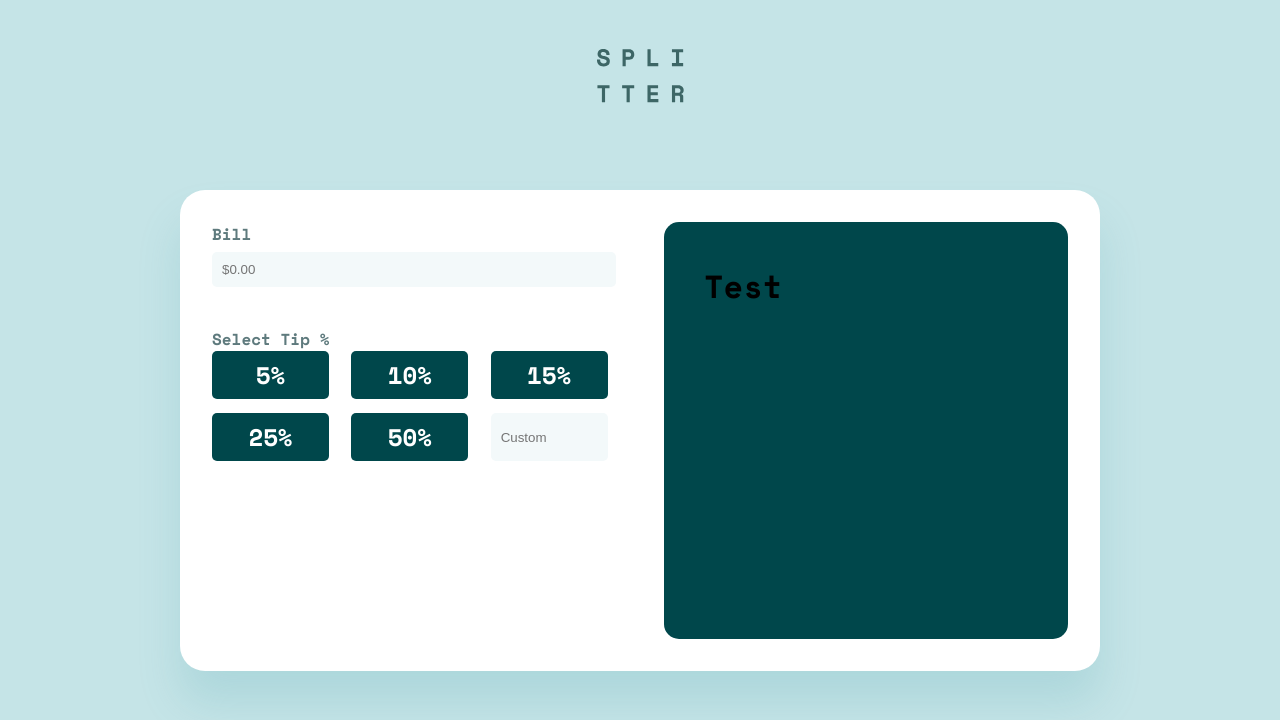
Repository: brandontaylor1/splitter
Page: index.html
These files come from the project's save history. The page is drawn as it stood at one moment and after a run of saves; the edit follows.
The browser window is 1280 px wide. The pictures show the whole page.
The pointer rests on the first visible `.tip-button`.

Above is the page before, as saved 2025-02-06 16:49:18.

### index.html
<!DOCTYPE html>
<html lang="en">
<head>
    <meta charset="UTF-8">
    <meta name="viewport" content="width=device-width, initial-scale=1.0">
    <link rel="preconnect" href="https://fonts.googleapis.com">
    <link rel="preconnect" href="https://fonts.gstatic.com" crossorigin>
    <link href="https://fonts.googleapis.com/css2?family=Space+Mono:ital,wght@0,400;0,700;1,400;1,700&display=swap" rel="stylesheet">
    <link rel="stylesheet" href="styles.css">
    <title>Splitter | Tip Calculator</title>
</head>
<body>
    <img src="./assets/images/logo.svg" id="logo-image" alt="logo image">
    <main class="container">
        <div class="left-column">
            <div class="bill-input">
                <h2>Bill</h2>
                <input type="text" id="bill-input" placeholder="$0.00">
            </div>
            <div class="tip-input">
                <h2 id="select-tip-title">Select Tip %</h2>
                    <div class="tip-buttons">
                        <button class="tip-button">5%</button>
                        <button class="tip-button">10%</button>
                        <button class="tip-button">15%</button>
                        <button class="tip-button">25%</button>
                        <button class="tip-button">50%</button>
                        <input type="text" id="custom-tip" placeholder="Custom">
                    </div>
                </div>
            </div>
        <div class="right-column">
            <h1>Test</h1>
        </div>
    </main>
</body>
</html>

### styles.css
* {
    box-sizing: border-box;
    margin: 0;
    padding: 0;
}

:root {
    --background-color: #C5E4E7;
    --input-button-color: #00474B;
    --primary-white: #fff;
    --calculated-numbers-color: #26C2AE;
    --input-title-color: #5E7A7D;
    --input-background-color: #F3F9FA;
    --input-icon-color: #9EBBBD;
    --title-text-color: #3D6666;
    --custom-input-color: #547878;
}

/* UTILITY CLASSES */
.space-mono-regular {
    font-family: "Space Mono", serif;
    font-weight: 400;
    font-style: normal;
  }

  .space-mono-bold {
    font-family: "Space Mono", serif;
    font-weight: 700;
    font-style: normal;
  }

  .space-mono-regular-italic {
    font-family: "Space Mono", serif;
    font-weight: 400;
    font-style: italic;
  }

  .space-mono-bold-italic {
    font-family: "Space Mono", serif;
    font-weight: 700;
    font-style: italic;
  }


body {
    background-color: #C5E4E7;
    height: 100vh;
    width: 100%;
    display: flex;
    flex-direction: column;
    justify-content: center;
    align-items: center;
    font-family: "Space Mono", monospace;
}

#logo-image {
    margin-bottom: 87px;
}

.container {
    background-color: var(--primary-white);
    width: 920px;
    height: 481px;
    border-radius: 25px;
    box-shadow: 0px 32px 43px 0px rgba(79, 166, 175, 0.20);
    display: grid;
    gap: 48px;
    grid-template-columns: 1fr 1fr;
    padding: 32px;
}

.left-column {
    grid-column: 1 / 2;
    width: 100%;
    height: 100%;
}

.right-column {
    grid-column: 2 / 3;
    width: 100%;
    height: 100%;
    border-radius: 15px;
    background-color: var(--input-text-color);
}

input {
    width: 100%;
    padding: 10px;
    display: flex;
    flex-direction: row;
    justify-content: space-between;
    background-color: var(--input-background-color);
    border: none;
    border-radius: 5px;
    margin-bottom: 20px;
}


.bill-input h2 {
    font-size: 16px;
    color: var(--input-title-color);
    margin-bottom: 6px;
}

.tip-buttons {
    display: grid;
    grid-template-columns: repeat(3, 1fr);
    gap: 14px;
}

#select-tip-title {
    color: #5E7A7D;
    font-size: 16px;
    margin-top: 40px;
}

.tip-button {
    width: 117px;
    height: 48px;
    flex-shrink: 0;
    border: none;
    border-radius: 5px;
    background-color: #00474B;
    color: var(--primary-white);
    font-family: "Space Mono", monospace;
    font-size: 24px;
    font-weight: 600;
}

.tip-button:hover {
    background-color: ;
}

#custom-tip {
    width: 117px;
    height: 48px;
}


.right-column {
    background-color: #00474B;
    padding: 40px;
}

After the next 4 saves:
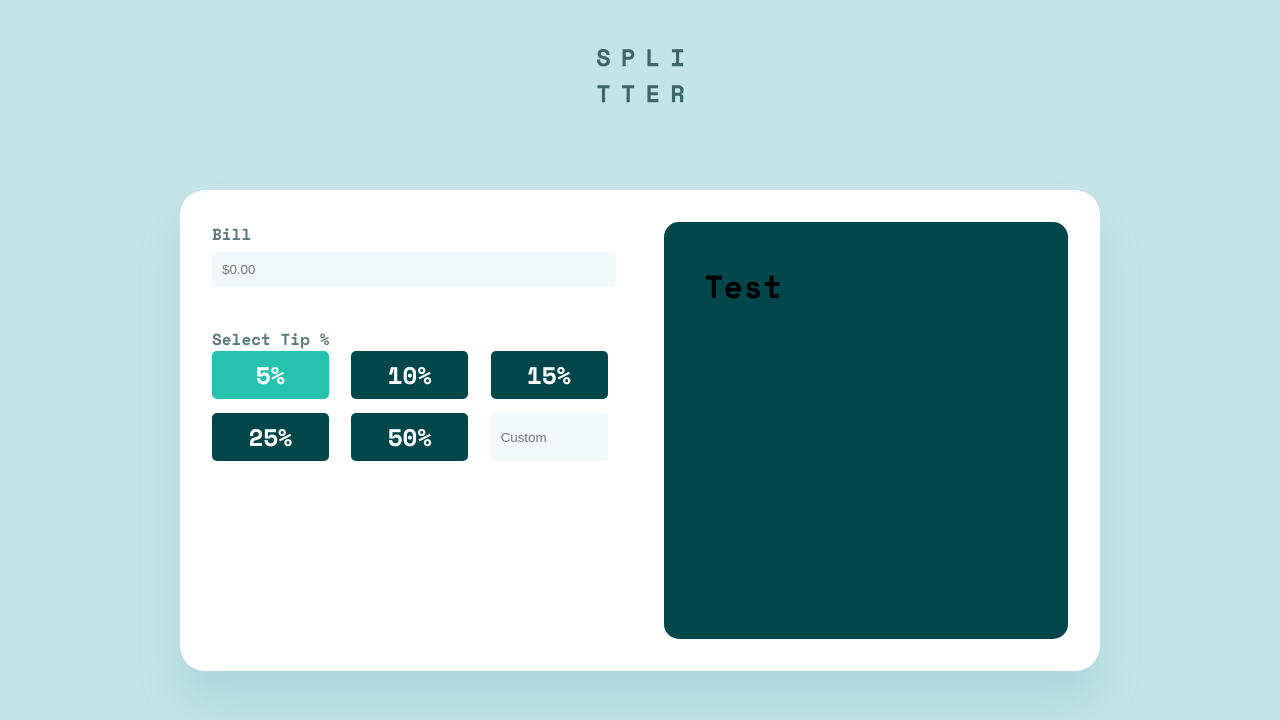
The 4 saves are shown as one change because they came seconds apart.
The last was saved 12 s later.
--- a/styles.css
+++ b/styles.css
@@ -128,7 +128,8 @@ input {
 }
 
 .tip-button:hover {
-    background-color: ;
+    background-color: #26C2AE;
+    color:
 }
 
 #custom-tip {
